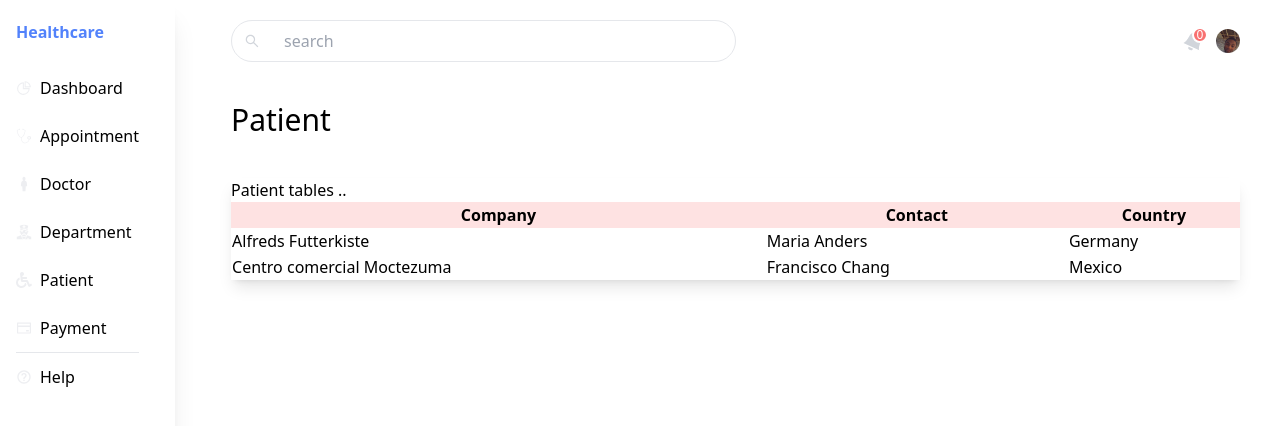
Repository: hisreal123/healthcare-dashboard
Page: /patient
The author's editor kept a copy of each file at every save. The page is drawn from the files as they stood at one save, then again after a run of saves.
The browser window is 1280 px wide. The pictures show the whole page.
The project was rebuilt for these pictures with package versions that can differ from the ones it lists, and the page was loaded fresh each time. Also part of the build but not shown: vite.config.ts, src/routes/Error.tsx, src/views/Dashboard.tsx, components/tables/AppointementTable.tsx, src/views/Appointment.tsx, src/views/Doctor.tsx, src/views/Department.tsx, src/views/Payment.tsx and 1 more.

Above is the page before, as saved 2023-05-05 19:01:57.

After the next 2 saves:
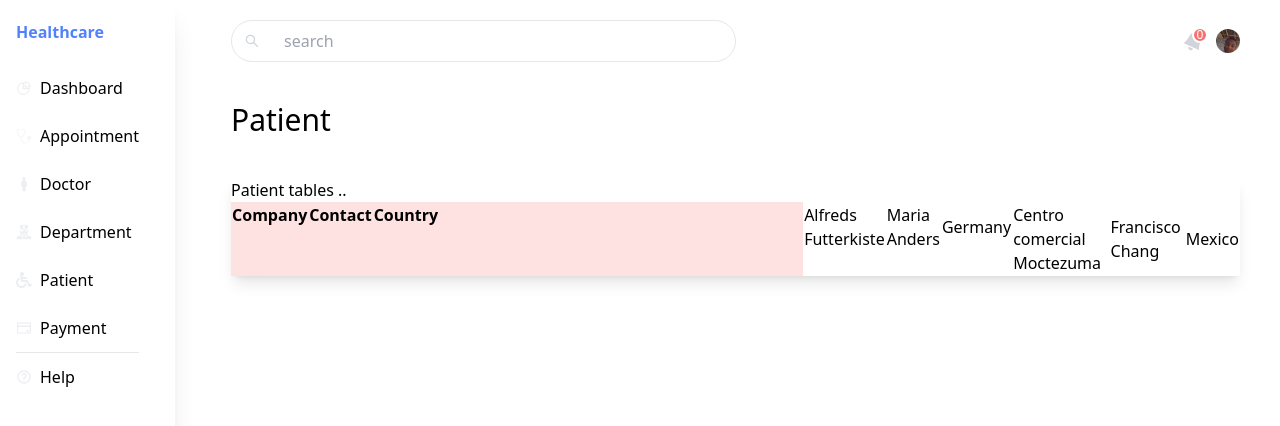
The 2 saves are shown as one change because they came seconds apart.
The last was saved 8 s later.
--- a/components/tables/PatientsTable.tsx
+++ b/components/tables/PatientsTable.tsx
@@ -38,7 +38,7 @@ export default function PatientTable({ patientStyle }: PatientTableProps) {
     const PTable = () => {
         return (
             <>
-                <table className="relative w-full">
+                <table className="relative w-full flex">
                     <tr className='w-full bg-red-100'>
                         <th>Company</th>
                         <th>Contact</th>
